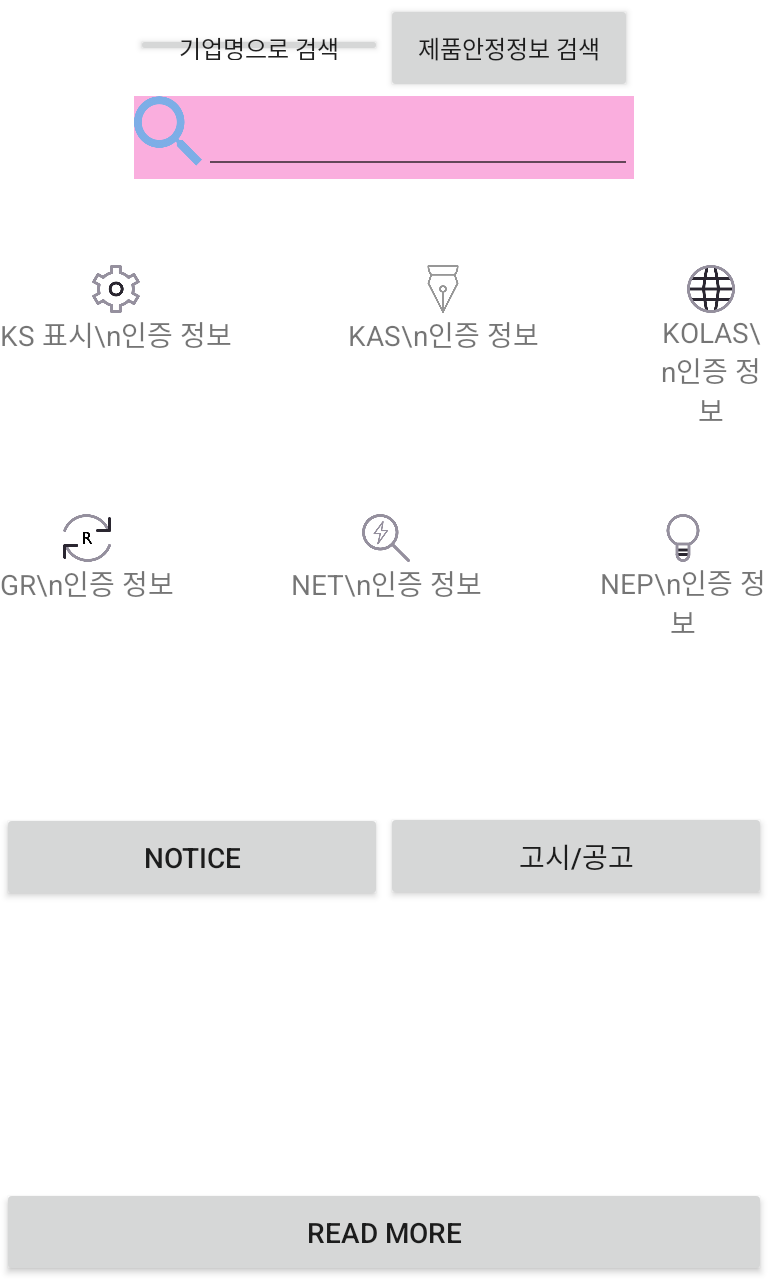
Repository: team-peony/ccfinder
Layout: android/CertifiedCompanyFinder/res/layout/fragment_main.xml
The author's editor kept a copy of each file at every save. The layout is drawn from the files as they stood at one save, then again after the next save.
It is drawn on a 768 x 1280 px phone screen (xhdpi) without system bars, with theme AppTheme; the app's code is not run. Lists and similar views that code fills are empty.

Above is the layout before, as saved 2015-02-18 17:17:28.

### android/CertifiedCompanyFinder/res/layout/fragment_main.xml
<RelativeLayout xmlns:android="http://schemas.android.com/apk/res/android"
    xmlns:tools="http://schemas.android.com/tools"
    android:layout_width="match_parent"
    android:layout_height="match_parent"
    android:background="#FFFFFF"
    tools:context="com.peony.ccfinder.MainActivity$PlaceholderFragment" >

    <!-- 검색어 입력창 부분 -->
    <LinearLayout
        android:id="@+id/main_llSearch"
        android:layout_centerHorizontal="true"
        android:layout_width="250dp"
        android:layout_height="wrap_content"
        android:orientation="vertical">

        <LinearLayout
            android:layout_width="match_parent"
            android:layout_height="wrap_content"
            android:orientation="horizontal">
            <Button
                android:id="@+id/main_btnCompany"
                android:layout_width="0dp"
                android:layout_height="15dp"
                android:layout_weight="1"
                android:padding="0dp"
                android:textSize="12sp"
                android:text="기업명으로 검색"/>

            <Button
                android:id="@+id/main_btnSafety"
                android:layout_width="0dp"
                android:layout_height="wrap_content"
                android:layout_weight="1"
                android:padding="0dp"
                android:textSize="12sp"
                android:text="제품안정정보 검색"/>

        </LinearLayout>

        <LinearLayout
            android:layout_width="match_parent"
            android:layout_height="wrap_content"
            android:orientation="horizontal"
            android:background="@color/cc_color_bage">

            <ImageView
                android:layout_width="34dp"
                android:layout_height="35dp"
                android:src="@drawable/search_icon" />

            <EditText
                android:id="@+id/main_etKeyword"
                android:layout_width="match_parent"
                android:layout_height="wrap_content"/>

        </LinearLayout>
    </LinearLayout>


    <!-- 카테고리 부분 -->
    <LinearLayout
        android:id="@+id/main_llCategories"
        android:layout_width="wrap_content"
        android:layout_height="wrap_content"
        android:layout_marginTop="43dp"
        android:orientation="vertical"
        android:layout_centerHorizontal="true"
        android:layout_below="@id/main_llSearch">
        <!-- 카테고리 상단 -->
        <LinearLayout
            android:layout_width="wrap_content"
            android:layout_height="wrap_content"
            android:orientation="horizontal">

            <!-- KS -->
            <LinearLayout
                android:id="@+id/main_llCategoryKs"
                android:layout_width="wrap_content"
                android:layout_height="wrap_content"
                android:orientation="vertical"
                android:gravity="center">
	            <ImageView
	                android:layout_width="@dimen/category_icon_size"
	                android:layout_height="@dimen/category_icon_size"
	                android:src="@drawable/ks_icon" />

	            <TextView
	                android:layout_width="wrap_content"
	                android:layout_height="wrap_content"
	                android:text="KS 표시\n인증 정보"
	                android:gravity="center"/>
	        </LinearLayout>

            <!-- KAS -->
            <LinearLayout
                android:id="@+id/main_llCategoryKas"
                android:layout_width="wrap_content"
                android:layout_height="wrap_content"
                android:layout_marginLeft="@dimen/category_padding"
                android:layout_marginRight="@dimen/category_padding"
                android:orientation="vertical"
                android:gravity="center">
	            <ImageView
	                android:layout_width="@dimen/category_icon_size"
	                android:layout_height="@dimen/category_icon_size"
	                android:src="@drawable/kas_icon" />

	            <TextView
	                android:layout_width="wrap_content"
	                android:layout_height="wrap_content"
	                android:text="KAS\n인증 정보"
	                android:gravity="center"/>
	        </LinearLayout>

            <!-- KOLAS -->
            <LinearLayout
                android:id="@+id/main_llCategoryKolas"
                android:layout_width="wrap_content"
                android:layout_height="wrap_content"
                android:orientation="vertical"
                android:gravity="center">
	            <ImageView
	                android:layout_width="@dimen/category_icon_size"
	                android:layout_height="@dimen/category_icon_size"
	                android:src="@drawable/kolas_icon" />

	            <TextView
	                android:layout_width="wrap_content"
	                android:layout_height="wrap_content"
	                android:text="KOLAS\n인증 정보"
	                android:gravity="center"/>
	        </LinearLayout>

        </LinearLayout>


        <!-- 카테고리 하단 -->
        <LinearLayout
            android:layout_marginTop="42dp"
            android:layout_width="wrap_content"
            android:layout_height="wrap_content"
            android:orientation="horizontal">
            <!-- GR -->
            <LinearLayout
                android:id="@+id/main_llCategoryGr"
                android:layout_width="wrap_content"
                android:layout_height="wrap_content"
                android:orientation="vertical"
                android:gravity="center">
	            <ImageView
	                android:layout_width="@dimen/category_icon_size"
	                android:layout_height="@dimen/category_icon_size"
	                android:src="@drawable/gr_icon" />

	            <TextView
	                android:layout_width="wrap_content"
	                android:layout_height="wrap_content"
	                android:text="GR\n인증 정보"
	                android:gravity="center"/>
	        </LinearLayout>

            <!-- NET -->
            <LinearLayout
                android:id="@+id/main_llCategoryNet"
                android:layout_width="wrap_content"
                android:layout_height="wrap_content"
                android:layout_marginLeft="@dimen/category_padding"
                android:layout_marginRight="@dimen/category_padding"
                android:orientation="vertical"
                android:gravity="center">
	            <ImageView
	                android:layout_width="@dimen/category_icon_size"
	                android:layout_height="@dimen/category_icon_size"
	                android:src="@drawable/net_icon" />

	            <TextView
	                android:layout_width="wrap_content"
	                android:layout_height="wrap_content"
	                android:text="NET\n인증 정보"
	                android:gravity="center"/>
	        </LinearLayout>

            <!-- NEP -->
            <LinearLayout
                android:id="@+id/main_llCategoryNep"
                android:layout_width="wrap_content"
                android:layout_height="wrap_content"
                android:orientation="vertical"
                android:gravity="center">
	            <ImageView
	                android:layout_width="@dimen/category_icon_size"
	                android:layout_height="@dimen/category_icon_size"
	                android:src="@drawable/nep_icon" />

	            <TextView
	                android:layout_width="wrap_content"
	                android:layout_height="wrap_content"
	                android:text="NEP\n인증 정보"
	                android:gravity="center"/>
	        </LinearLayout>

        </LinearLayout>

    </LinearLayout>

    <!-- 공지 사항 -->
    <LinearLayout
        android:id="@+id/main_llNoticeArea"
        android:layout_width="match_parent"
        android:layout_height="wrap_content"
        android:orientation="vertical"
        android:layout_alignParentBottom="true">

        <!-- 공지 탭 -->
        <LinearLayout
            android:layout_width="match_parent"
            android:layout_height="wrap_content"
            android:orientation="horizontal">
            <Button
	            android:id="@+id/main_btnTabNotice"
	            android:layout_width="0dp"
	            android:layout_height="wrap_content"
	            android:layout_weight="1"
	            android:text="NOTICE"/>

	        <Button
	            android:id="@+id/main_btnTabGosi"
	            android:layout_width="0dp"
	            android:layout_height="wrap_content"
	            android:layout_weight="1"
	            android:text="고시/공고"/>
        </LinearLayout>

        <ListView
            android:id="@+id/main_lvNotices"
            android:layout_width="match_parent"
            android:layout_height="140dp"/>

        <Button
	            android:id="@+id/main_btnReadMore"
	            android:layout_width="match_parent"
	            android:layout_height="wrap_content"
	            android:text="Read more"/>
    </LinearLayout>

</RelativeLayout>

### android/CertifiedCompanyFinder/res/values/styles.xml
<resources>

    <!--
        Base application theme, dependent on API level. This theme is replaced
        by AppBaseTheme from res/values-vXX/styles.xml on newer devices.
    -->
    <style name="AppBaseTheme" parent="Theme.AppCompat.Light">
        <!--
            Theme customizations available in newer API levels can go in
            res/values-vXX/styles.xml, while customizations related to
            backward-compatibility can go here.
        -->
    </style>

    <!-- Application theme. -->
    <style name="AppTheme" parent="AppBaseTheme">
        <!-- All customizations that are NOT specific to a particular API-level can go here. -->
    </style>

</resources>

### android/CertifiedCompanyFinder/res/values/colors.xml
<?xml version="1.0" encoding="utf-8"?>
<resources>
    <color name="cc_color_bage">#faaede</color>

</resources>

### android/CertifiedCompanyFinder/res/values/dimens.xml
<resources>

    <!-- Default screen margins, per the Android Design guidelines. -->
    <dimen name="activity_horizontal_margin">16dp</dimen>
    <dimen name="activity_vertical_margin">16dp</dimen>
	<dimen name="category_icon_size">24dp</dimen>
	<dimen name="category_padding">58dp</dimen>
</resources>

Loaded but not shown: android/CertifiedCompanyFinder/res/values-v11/styles.xml (common file); android/CertifiedCompanyFinder/res/values-v14/styles.xml (common file)

After the next save:
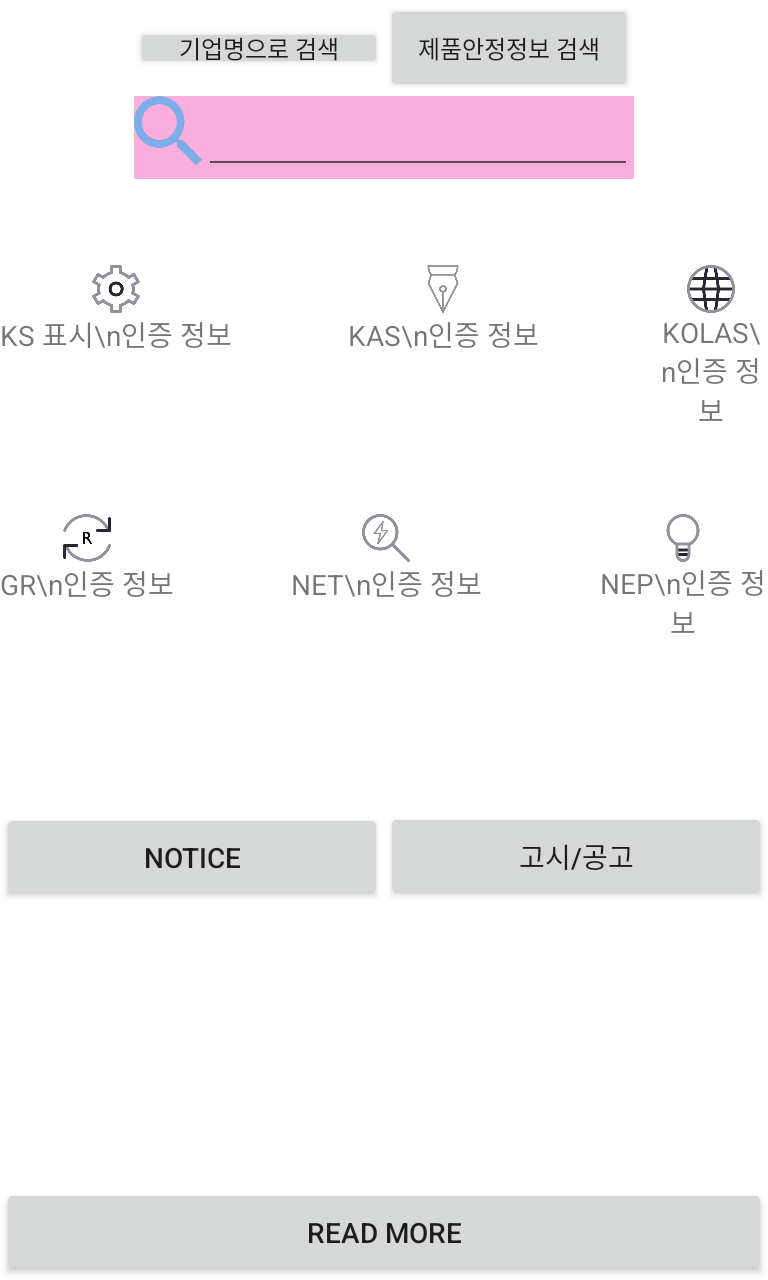
Saved 5 s later.
--- a/android/CertifiedCompanyFinder/res/layout/fragment_main.xml
+++ b/android/CertifiedCompanyFinder/res/layout/fragment_main.xml
@@ -20,7 +20,7 @@
             <Button
                 android:id="@+id/main_btnCompany"
                 android:layout_width="0dp"
-                android:layout_height="15dp"
+                android:layout_height="25dp"
                 android:layout_weight="1"
                 android:padding="0dp"
                 android:textSize="12sp"
